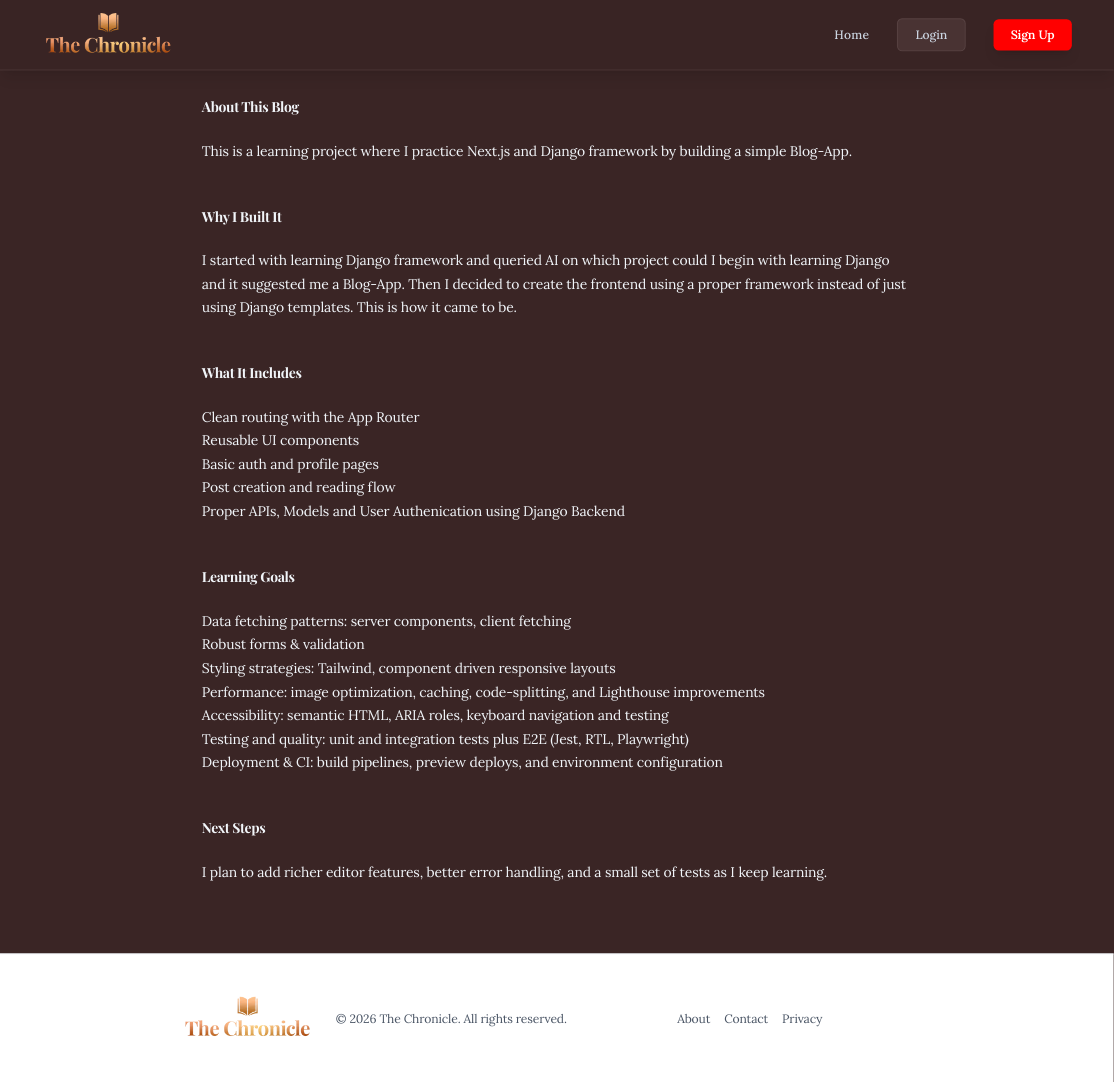
Repository: swaruplamsal/BasicBlogApp
Page: /about (app in blog-frontend/)
An editor plug-in stored every save of this project. The page is shown before and after the next save, followed by the edit.
The browser window is 1280 px wide. The pictures show the whole page, at 87% of full size.
The page's requests for data from a server got no answer. The project was rebuilt for these pictures with package versions that can differ from the ones it lists, and the page was loaded fresh each time. The framework's server and built-in components were replaced by stand-ins that run in the browser. No one was signed in, and anything a server would have sent is missing. Also part of the build but not shown: blog-frontend/next.config.mjs, blog-frontend/app/components/Avatar.js.

Above is the page before, as saved 2026-02-07 21:01:59.

After the next save:
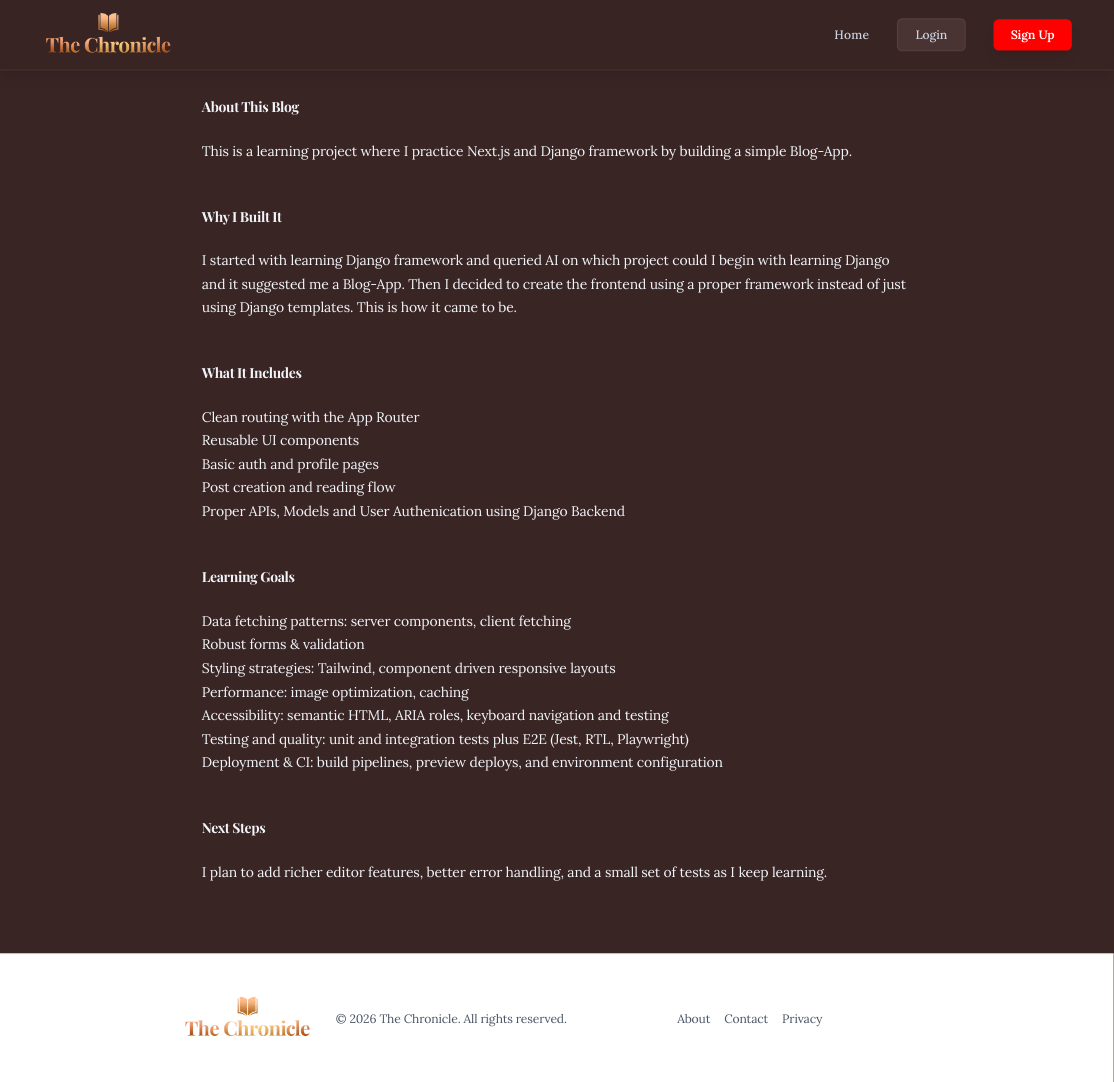
Saved 21 s later.
--- a/blog-frontend/app/about/page.js
+++ b/blog-frontend/app/about/page.js
@@ -55,10 +55,7 @@ export default function About() {
             <li>
               Styling strategies: Tailwind, component driven responsive layouts
             </li>
-            <li>
-              Performance: image optimization, caching, code-splitting, and
-              Lighthouse improvements
-            </li>
+            <li>Performance: image optimization, caching</li>
             <li>
               Accessibility: semantic HTML, ARIA roles, keyboard navigation and
               testing
